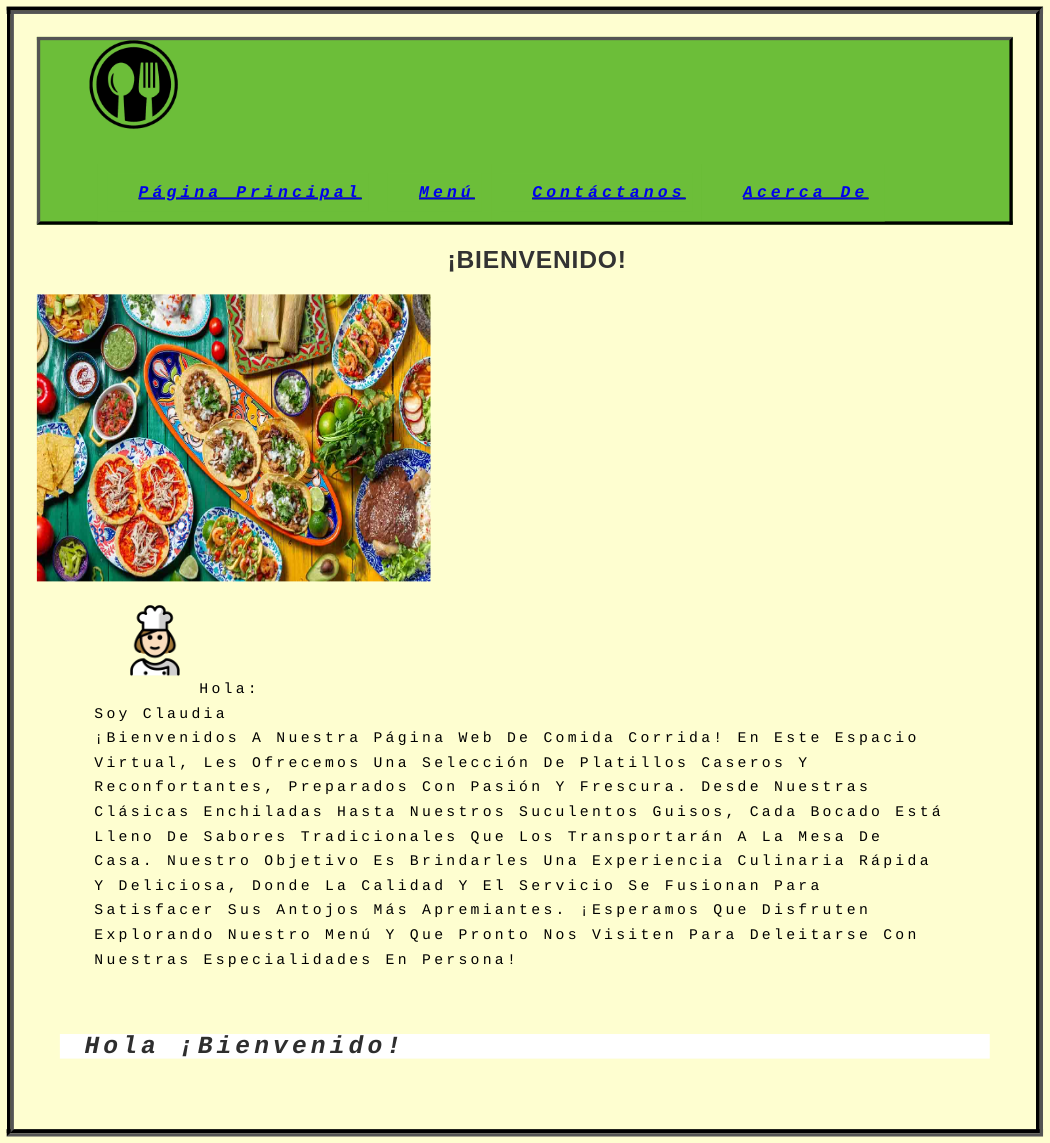
Repository: UVMCoyoacan/eq06_sitio1
Page: index.html
These files come from the project's save history. The page is drawn as it stood at one moment and after the next save; the edit follows.
The browser window is 1280 px wide. The pictures show the whole page, at 82% of full size.

Above is the page before, as saved 2024-03-08 11:37:50.

### index.html
<!DOCTYPE html>
<html>
    <head>
        <link rel="stylesheet" href="./Carpeta estilos/estilo1.css"/>
        <meta charset="utf-8" />
    </head>
    <body>
        <header id="parte_inicial" role="banner">
            <div class="encabezado" style="display: flex;   flex-wrap: wrap; ">
                    <div style="flex-wrap:wrap; text-align: center; white-space: nowrap; ">
                    <img width="108" height="108" src="./Carpeta ims/tres.png" onclick="redirigirIndex()" style="text-align: left; cursor:pointer; text-align: center;";>

                    </div>
            <div >
            <ul >
                <li  ><a href="#">Página principal</a></li>
                <li ><a href="./Carpeta docs/menu.html">Menú</a></li>
                <li ><a href="./Carpeta docs/contactos.html">Contáctanos</a></li>
                <li ><a class="active" href="./Carpeta docs/acercade.html">Acerca de</a></li>
            </ul>
        </div>
            </div>
        </header>
        <h2>¡Bienvenido!</h2>
        <img width="480" height="350" src="./Carpeta ims/comida.png" onclick="redirigirIndex()" style="text-align:center; cursor:pointer; text-align: center;";>
        <ul><img width="108" height="108" src="./Carpeta ims/chef.png" onclick="redirigirIndex()" style="text-align:center; cursor:pointer; text-align: center;";>Hola: <br>

            Soy Claudia<br>

            ¡Bienvenidos a nuestra página web de comida corrida! En este espacio virtual, les ofrecemos una selección de platillos caseros y reconfortantes, preparados con pasión y frescura. Desde nuestras clásicas enchiladas hasta nuestros suculentos guisos, cada bocado está lleno de sabores tradicionales que los transportarán a la mesa de casa. Nuestro objetivo es brindarles una experiencia culinaria rápida y deliciosa, donde la calidad y el servicio se fusionan para satisfacer sus antojos más apremiantes. ¡Esperamos que disfruten explorando nuestro menú y que pronto nos visiten para deleitarse con nuestras especialidades en persona!

            </ul>
        <footer class="active" style="padding: 28px;">
            <p>Hola ¡Bienvenido!</p>
        </footer>
    </body>
    <script src="./Carpeta js/js1.js">
    </script>
</html>

### Carpeta estilos/estilo1.css
body{
  background-color:#fefec0be;
  font-size:20px;
  font-family:Courier;
  font-weight:bold;
  font-style:normal;
  line-height:30px;
  letter-spacing:5px;
  padding: 28px;
  text-transform:capitalize;
  text-align:left;
  text-indent:30px;
  border-style:groove;
  border-color: #000000;
  border-width: .8ch;


}
header{
  background-color:#6cbe39;
  font-size:20px;
  font-family:Courier;
  font-weight:bold;
  font-style:italic;
  line-height:60px;
  letter-spacing:5px;
  text-transform:capitalize;
  text-align:left;
  text-indent:60px;
  border-style: outset;
  border-color: #000000;
  border-width: .4ch;

}
li {
  display: inline;
  float: left;
  background-color:#6cbe39;
  font-size:20px;
  font-family:Courier;
  font-weight:bold;
  font-style:oblique;
  line-height:30px;
  letter-spacing:5px;
  text-decoration:underline;
  text-transform:capitalize;
  text-align:left;
  text-indent:30px;
  border-style:inherit;
  border-color: #303130;
  padding: 12px;
}


a {
  display: block;
  padding: 8px;
  background-color:#6cbe39;
}
.active {
  background-color:transparent;

}

#titulo{
  text-decoration: overline underline;
  font-size:30px;
  font-style:oblique;

}

p{

    font-size: 30px;
    font-family: Courier;
    font-weight: bold;
    font-style:italic;
    line-height: 30px;
    letter-spacing: 5px;
    text-transform: capitalize;
    text-align: left;
    text-indent: 30px;
    margin-left: auto;
    color: #2e2e2e;
      background-color: #ffffff;


    }

  ol{

      font-size: 20px;
      font-family: Courier;
      font-weight:200;
      font-style: normal;
      line-height: 30px;
      letter-spacing: 5px;
      text-transform: capitalize;
      text-align: left;
      text-indent: 30px;
      color: #2e2e2e;
      padding-left: 40px;
    }
    h1{
      font-size: 30px;
      font-family: Courier;
      font-weight: bold;
      font-style:italic;
      line-height: 30px;
      letter-spacing: 5px;
      text-transform: capitalize;
      text-align: left;
      text-indent: 30px;
      margin-left: auto;
      color: #2e2e2e;
        background-color: #b3e64c;
    }
    h2 {
      font-size: 30px;
      font-family: Arial, sans-serif;
      font-weight: bold;
      font-style: normal;
      line-height: 1.5;
      letter-spacing: 1px;
      text-transform: uppercase;
      text-align: center;
      color: #333333;
      margin-top: 20px;
      margin-bottom: 20px;
    }
    ul{
      font-size: 18px;
      font-family: Courier;
      font-weight:200;
      font-style:initial;
      line-height: 30px;
      letter-spacing: 4px;
      text-transform: capitalize;
      text-align: left;
      text-indent: 20px;
      color: #000000;
      padding-left: 70px;
      padding-right: 70px;

    }

  h3{
    font-size: 30px;
    font-family: Courier;
    font-weight: bold;
    font-style:italic;
    line-height: 30px;
    letter-spacing: 5px;
    text-transform: capitalize;
    text-align: left;
    text-indent: 30px;
    margin-left: auto;
    color: #2e2e2e;
      background-color: #b3e64c;
  }
  h4 {
    font-size: 30px;
    font-family: Arial, sans-serif;
    font-weight: bold;
    font-style: normal;
    line-height: 1.5;
    letter-spacing: 1px;
    text-transform: uppercase;
    text-align: center;
    color: #333333;
    margin-top: 20px;
    margin-bottom: 20px;
  }

### Carpeta js/js1.js
function redirigirIndex() {
    window.location.href = '#';
}

After the next save:
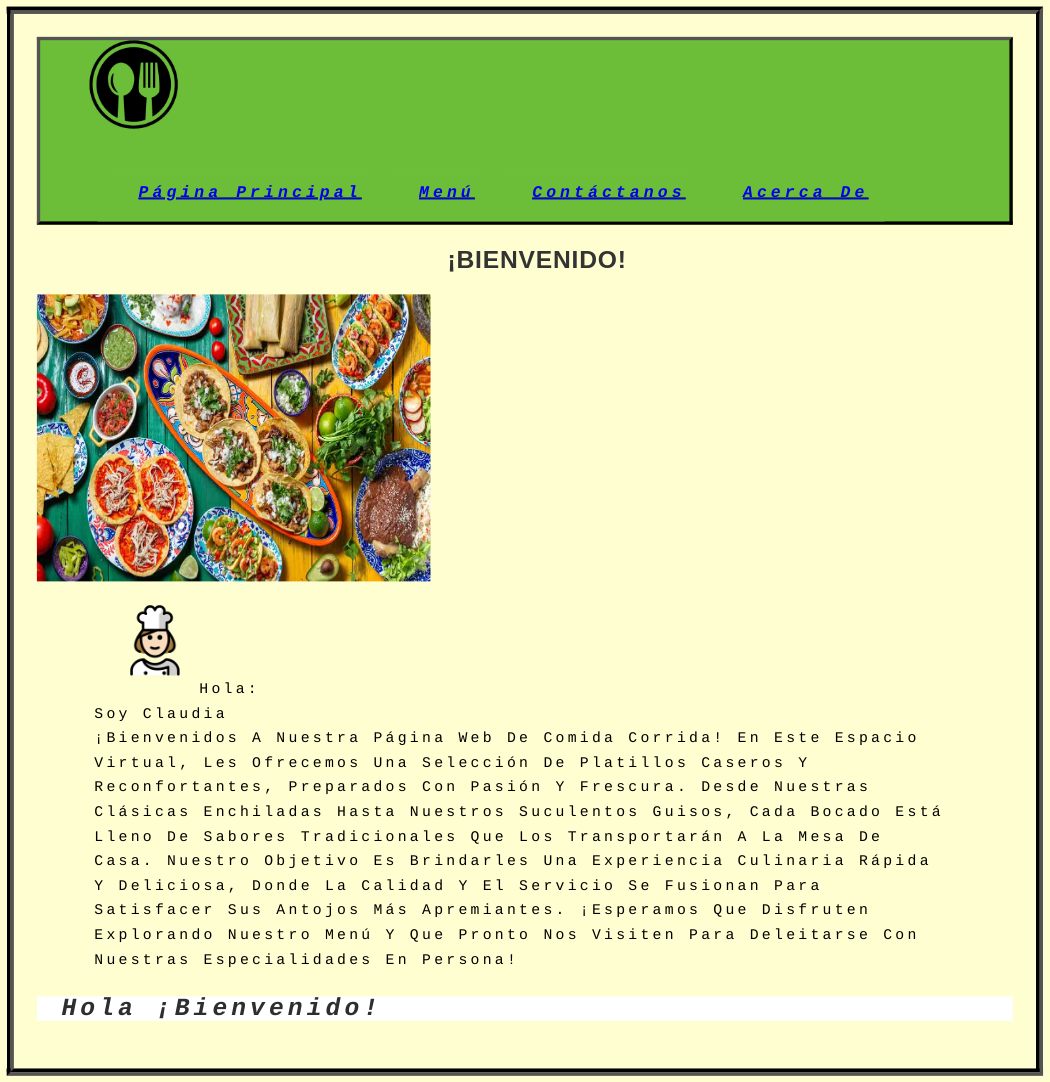
Saved 83 s later.
--- a/index.html
+++ b/index.html
@@ -30,7 +30,7 @@
             ¡Bienvenidos a nuestra página web de comida corrida! En este espacio virtual, les ofrecemos una selección de platillos caseros y reconfortantes, preparados con pasión y frescura. Desde nuestras clásicas enchiladas hasta nuestros suculentos guisos, cada bocado está lleno de sabores tradicionales que los transportarán a la mesa de casa. Nuestro objetivo es brindarles una experiencia culinaria rápida y deliciosa, donde la calidad y el servicio se fusionan para satisfacer sus antojos más apremiantes. ¡Esperamos que disfruten explorando nuestro menú y que pronto nos visiten para deleitarse con nuestras especialidades en persona!
 
             </ul>
-        <footer class="active" style="padding: 28px;">
+        <footer >
             <p>Hola ¡Bienvenido!</p>
         </footer>
     </body>
